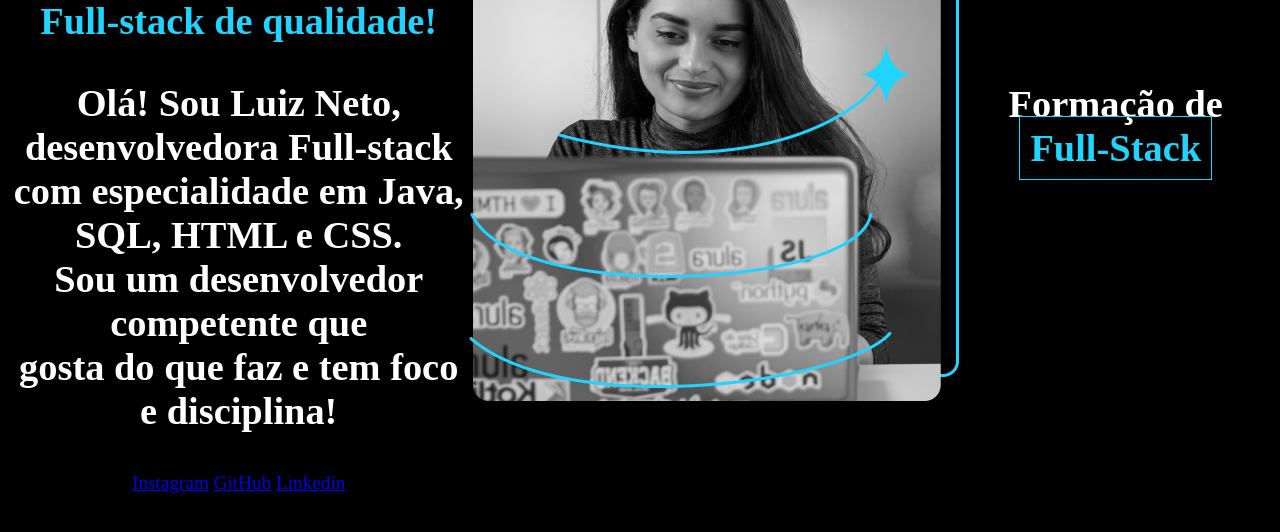
Repository: luiz123098/Sobre-mim-em-HTM-CSS
Page: htmlcss.html
An editor plug-in stored every save of this project. The page is shown before and after the next save, followed by the edit.
The browser window is 1280 px wide. The pictures show the whole page.

Above is the page before, as saved 2023-03-08 14:21:26.

After the next save:
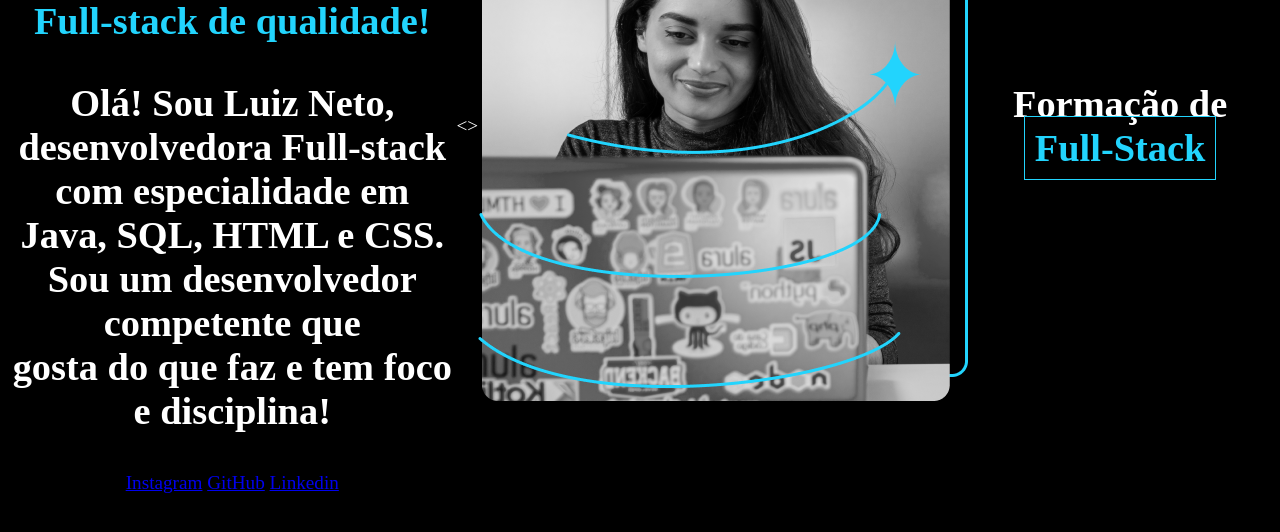
Saved 19 s later.
--- a/htmlcss.html
+++ b/htmlcss.html
@@ -35,11 +35,11 @@
                 <a href="https://www.linkedin.com/in/luiz-neto-alencar-b843651a9/">
                     Linkedin</a>
             </div>
-            <p>
-                <img src="Imagem.png" alt="Não foi possivel encontrar a imagem">
+            <>
+                <img src="Imagem.png" alt="Não foi possivel encontrar a imagem"><br>
                 <p>
-                <h1 class="texto_editado">Formação de <span class="formacao">Full-Stack</span></h1>
-            </p>
+                    <h1 class="texto_editado">Formação de <span class="formacao">Full-Stack</span></h1>
+                </p>
             </p>
         </div>
     </main>

After the save that followed:
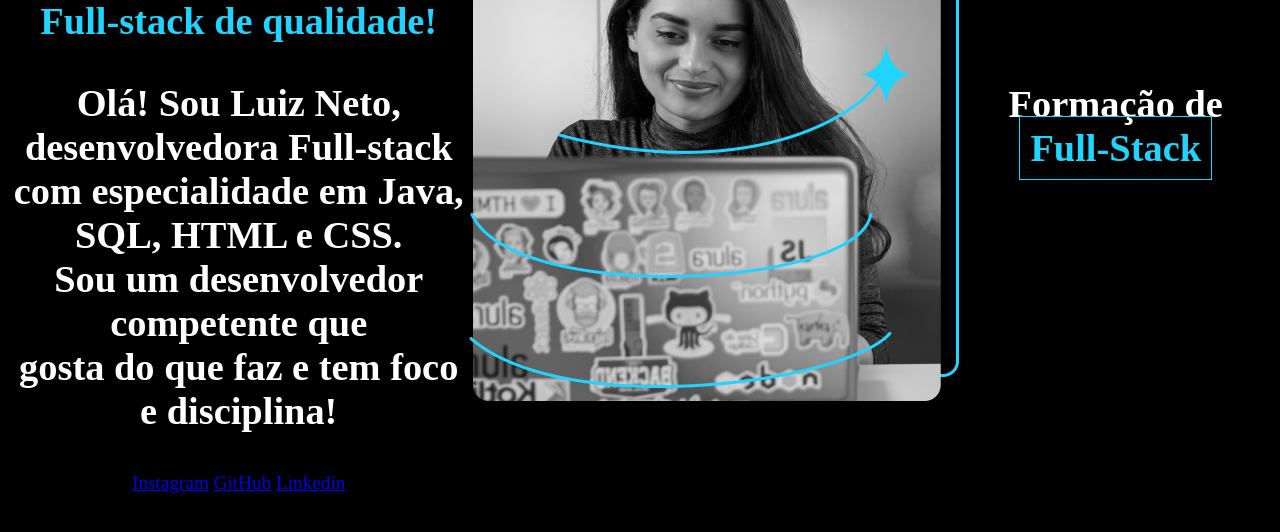
Saved 18 s later.
--- a/htmlcss.html
+++ b/htmlcss.html
@@ -35,7 +35,7 @@
                 <a href="https://www.linkedin.com/in/luiz-neto-alencar-b843651a9/">
                     Linkedin</a>
             </div>
-            <>
+            <p>
                 <img src="Imagem.png" alt="Não foi possivel encontrar a imagem"><br>
                 <p>
                     <h1 class="texto_editado">Formação de <span class="formacao">Full-Stack</span></h1>
